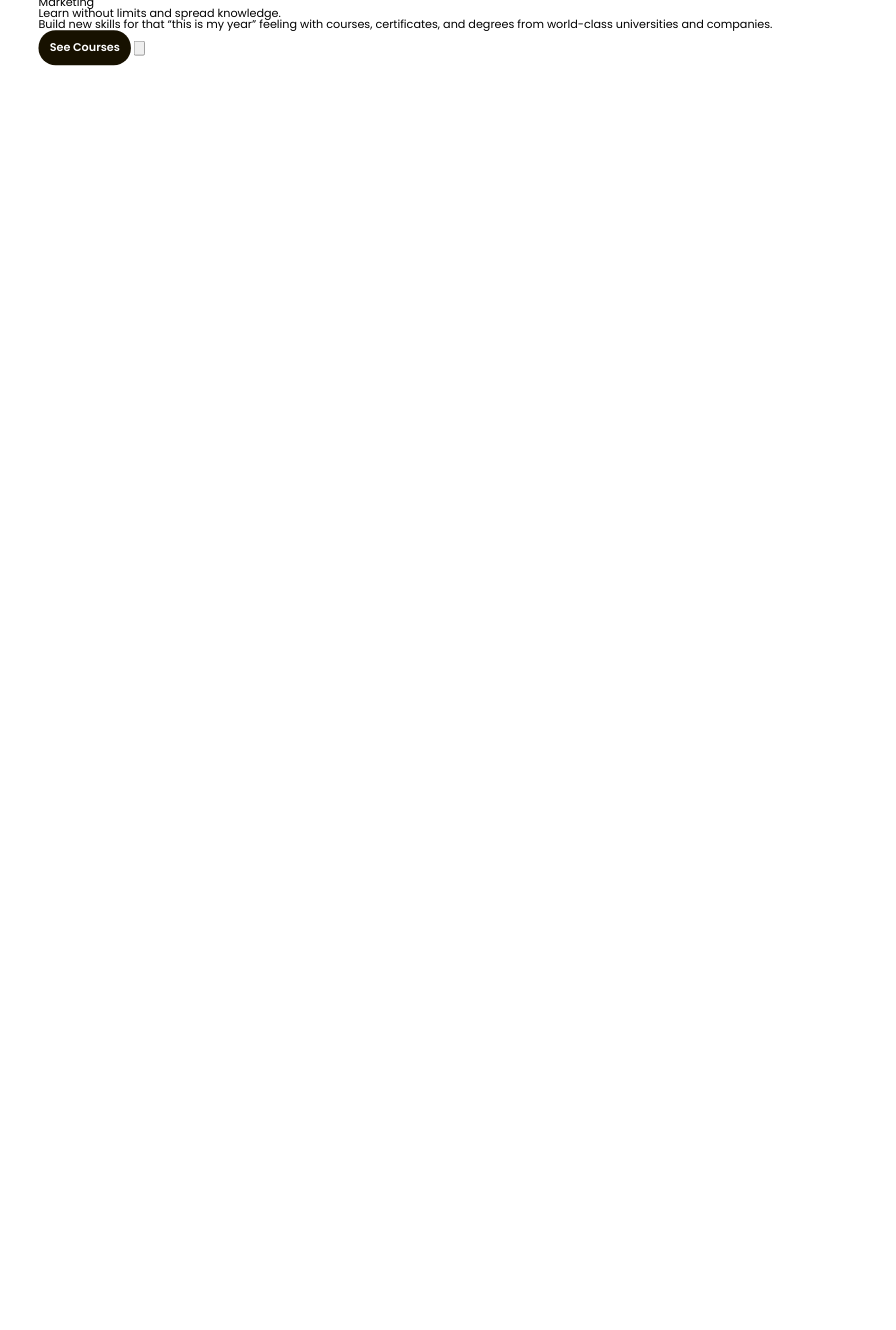
Repository: dongnguyen2112/htmlcss-project-02
Page: index.html
These files come from the project's save history. The page is drawn as it stood at one moment and after a run of saves; the edit follows.
The browser window is 1280 px wide. The pictures show the part of the page from y = 965 to 2865 px (the page is 5000 px tall), at 70% of full size.
A picture or video elsewhere on the page could not be fetched, so the positions and the page height are approximate.

Above is the page before, as saved 2023-07-03 13:31:09.

After the next 3 saves:
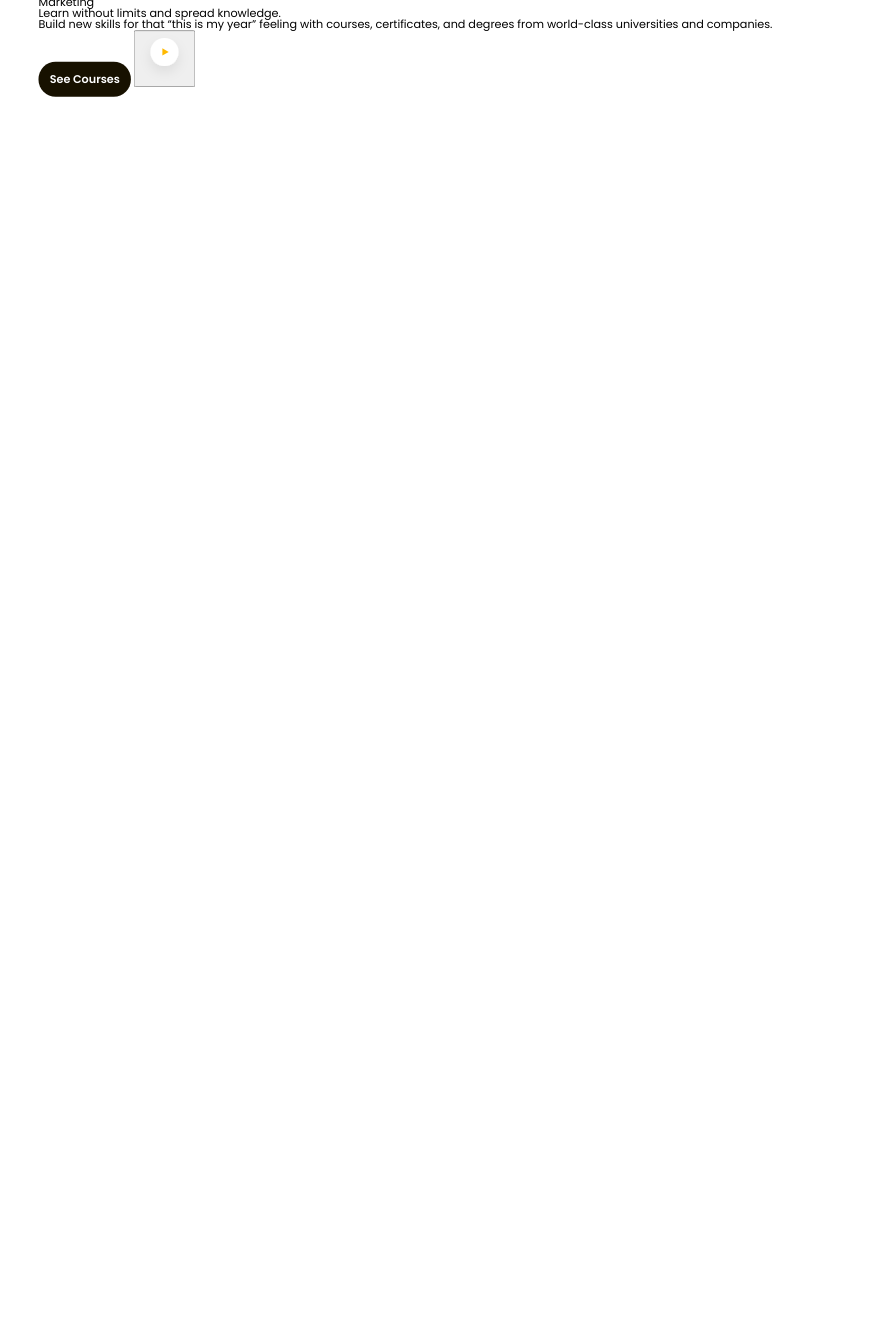
The 3 saves are shown as one change because they came seconds apart.
The last was saved 115 s later.
--- a/index.html
+++ b/index.html
@@ -93,7 +93,7 @@
                                 <a href="#!" class="btn">See Courses</a>
                                 <button class="watch-video">
                                     <div class="icon">
-                                        <img src="" alt="">
+                                        <img src="./assets/icon/play.svg" alt="">
                                     </div>
                                 </button>
                             </div>
